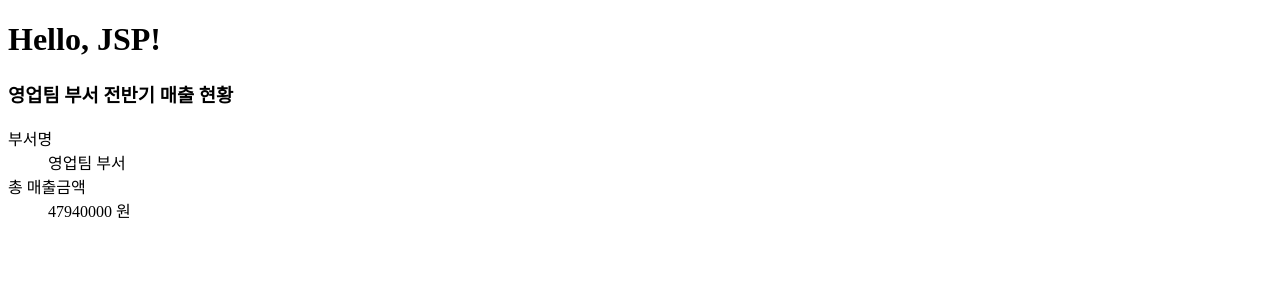
Repository: onuo77/HTA
Page: http://localhost/sample/hello.jsp
An editor plug-in stored every save of this project. The page is shown before and after the next save, followed by the edit.
The browser window is 1280 px wide. The pictures show the whole page.
The page is served by Tomcat 9.

Above is the page before, as saved 2021-05-18 07:37:01.

After the next save:
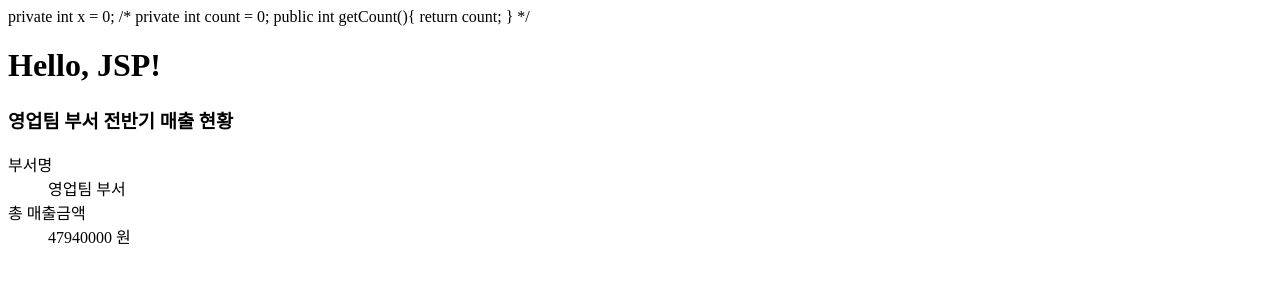
Saved 8 s later.
--- a/java-web/sample/src/main/webapp/hello.jsp
+++ b/java-web/sample/src/main/webapp/hello.jsp
@@ -20,7 +20,7 @@
 			- 변수나 메소드에 접근제한자를 앞에 붙일 수 있다.
 			-
 	 --%>
-	<%!
+	<%!	%>
 		private int x = 0;
 		/*
 		private int count = 0;
@@ -28,7 +28,7 @@
 			return count;
 		}
 		*/
-	%>
+
 	<%--
 		스크립틀릿 : <% 자바코드 작성영역을 만든다. %>
 			- 변수의 선언, 변수의 초기화, 객체 생성, 제어문, 반복문, 메소드 호출 등이 가능하다.

After the 2 saves that followed:
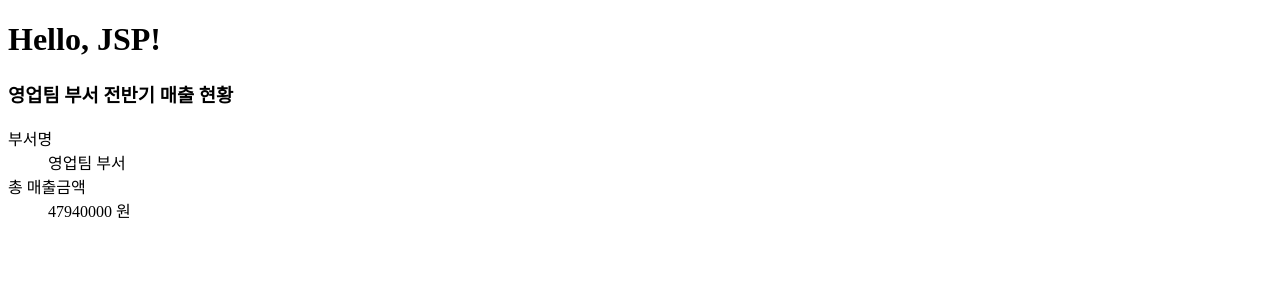
The 2 saves are shown as one change because they came seconds apart.
The last was saved 12 s later.
--- a/java-web/sample/src/main/webapp/hello.jsp
+++ b/java-web/sample/src/main/webapp/hello.jsp
@@ -20,7 +20,7 @@
 			- 변수나 메소드에 접근제한자를 앞에 붙일 수 있다.
 			-
 	 --%>
-	<%!	%>
+	<%!
 		private int x = 0;
 		/*
 		private int count = 0;
@@ -28,6 +28,7 @@
 			return count;
 		}
 		*/
+	%>
 
 	<%--
 		스크립틀릿 : <% 자바코드 작성영역을 만든다. %>
